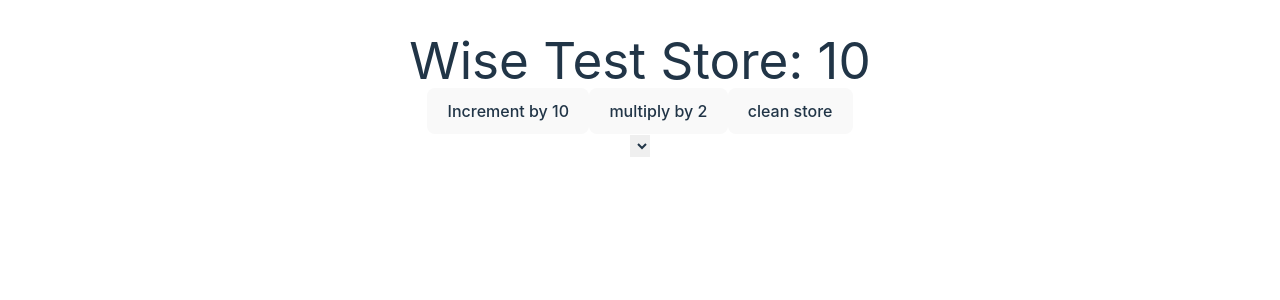
Repository: marianozamora/reactredux-wise
Page: /
These files come from the project's save history. The page is drawn as it stood at one moment and after the next save; the edit follows.
The browser window is 1280 px wide. The pictures show the whole page.
The page's requests for data from a server got no answer. The project was rebuilt for these pictures with package versions that can differ from the ones it lists, and the page was loaded fresh each time. No one was signed in, and anything a server would have sent is missing. Also part of the build but not shown: vite.config.ts.

Above is the page before, as saved 2023-04-08 01:46:50.

### src/App.tsx
import React from "react";
import "./App.css";
import { useEffect } from "react";
import shallow from "zustand/shallow";
import { useCounterStore } from "./store/counterStore";


function App() {
  const { count, title, products } = useCounterStore(
    (state) => ({
      count: state.count,
      title: state.title,
      products: state.products,
    }),
    shallow
  );
  const { increment, getProducts, cleanStore, multiply } = useCounterStore();

  useEffect(() => {
    getProducts();
  }, []);

  return (
    <div className="md:container md:mx-auto ">
      <h1>
        {title}: {count}
      </h1>

      <div>
        <button
          onClick={() => {
            increment(10);
          }}
        >
          Increment by 10
        </button>

        <button onClick={() => multiply(2)}>multiply by 2</button>

        <button onClick={() => cleanStore()}>clean store</button>
      </div>

      <form>
        <select>

        </select>
      </form>

      <div className="flex justify-center flex-wrap flex-row  ">
      {
        products.map((product) => (


          <div key={product.id} className="max-w-sm bg-white border border-gray-200 rounded-lg shadow dark:bg-gray-800 dark:border-gray-700  m-2 w-full xl:w-[30%] lg:w-[48%]">
            <div
              className="bg-indigo-300 rounded-t-lg ">
              <img className="rounded-t-lg object-cover h-48 w-96 " src={product.image} alt="" />
            </div>
              <div className="p-3">
                  <a href="#">
                    <h5 className="mb-2 text-2xl font-bold tracking-tight text-gray-900 dark:text-white">{ product.title }</h5>
                  </a>
              {/* <p className="mb-3 font-normal text-gray-700 dark:text-gray-400">{product.description}</p> */}

                  <a href="#" className="inline-flex items-center px-3 py-2 text-sm font-medium text-center text-white bg-green-500 rounded-lg hover:bg-green-600 focus:ring-green-300 dark:bg-green-400 dark:hover:bg-green-500 ">
                      Read more
                  </a>
              </div>
          </div>

        ))
      }

      </div>
    </div>
  );
}

export default App;

### src/index.css
@tailwind base;
@tailwind components;
@tailwind utilities;


:root {
  font-family: Inter, system-ui, Avenir, Helvetica, Arial, sans-serif;
  line-height: 1.5;
  font-weight: 400;

  color-scheme: light dark;
  color: rgba(255, 255, 255, 0.87);
  background-color: #242424;

  font-synthesis: none;
  text-rendering: optimizeLegibility;
  -webkit-font-smoothing: antialiased;
  -moz-osx-font-smoothing: grayscale;
  -webkit-text-size-adjust: 100%;
}

/* a {
  font-weight: 500;
  color: #646cff;
  text-decoration: inherit;
}
a:hover {
  color: #535bf2;
} */

body {
  margin: 0;
  display: flex;
  place-items: center;
  /* min-width: 320px;
  min-height: 100vh; */
}

h1 {
  font-size: 3.2em;
  line-height: 1.1;
}

button {
  border-radius: 8px;
  border: 1px solid transparent;
  padding: 0.6em 1.2em;
  font-size: 1em;
  font-weight: 500;
  font-family: inherit;
  background-color: #1a1a1a;
  cursor: pointer;
  transition: border-color 0.25s;
}
/* button:hover {
  border-color: #646cff;
}
button:focus,
button:focus-visible {
  outline: 4px auto -webkit-focus-ring-color;
} */

@media (prefers-color-scheme: light) {
  :root {
    color: #213547;
    background-color: #ffffff;
  }
  a:hover {
    color: white;
  }
  button {
    background-color: #f9f9f9;
  }
}

### src/App.css

#root {
  max-width: 1280px;
  margin: 0 auto;
  padding: 2rem;
  text-align: center  ;
}

/* .logo {
  height: 6em;
  padding: 1.5em;
  will-change: filter;
  transition: filter 300ms;
} */
/* .logo:hover {
  filter: drop-shadow(0 0 2em #646cffaa);
}
.logo.react:hover {
  filter: drop-shadow(0 0 2em #61dafbaa);
} */

@keyframes logo-spin {
  from {
    transform: rotate(0deg);
  }
  to {
    transform: rotate(360deg);
  }
}

@media (prefers-reduced-motion: no-preference) {
  a:nth-of-type(2) .logo {
    animation: logo-spin infinite 20s linear;
  }
}

.card {
  padding: 2em;
}

.read-the-docs {
  color: #888;
}

### src/store/counterStore.ts
import create from "zustand";

export interface Product {
    id: number;
    title: string;
    body: string;
    price: number;
    category: string;
    description: string;
    image: string;
    rating: {
        rate: number;
        count: number;
    };
}

interface CounterState {
  count: number;
  title: string;
  products: Product[];
  increment: (value: number) => void;
  getProducts: () => Promise<void>;
  cleanStore: () => void;
  multiply: (value: number) => void;
}

export const useCounterStore = create<CounterState>((set, get) => ({
  title: "Wise Test Store",
  count: 10,
  products: [],
  increment: (value: number) =>
    set((state) => ({ ...state, count: state.count + value })),
  getProducts: async () => {
    const products = await (
      await fetch("https://fakestoreapi.com/products")
    ).json();
    set((state) => ({ ...state, products }));
  },
  cleanStore: () => set({}, true),
  multiply: (value: number) => {
    // const count = get().count
    const { count } = get();
    set({ count: count * value });
  },
}));

Loaded but not shown: index.html (common file); src/main.tsx (common file); tailwind.config.js (common file)

After the next save:
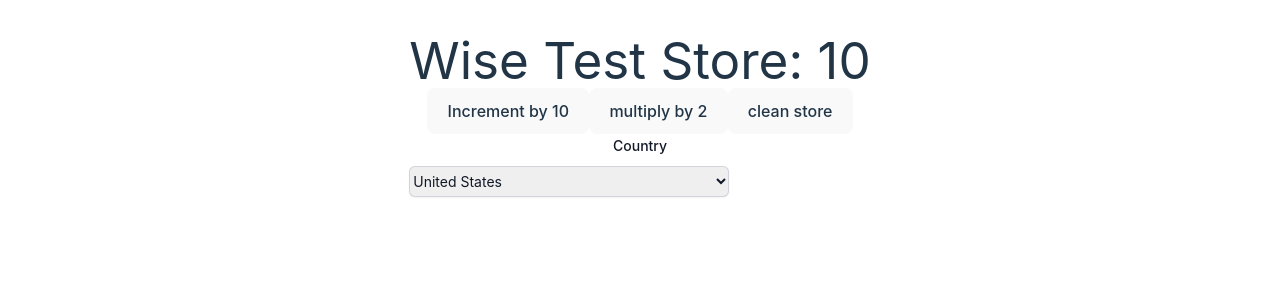
Saved 78 s later.
--- a/src/App.tsx
+++ b/src/App.tsx
@@ -41,9 +41,16 @@ function App() {
       </div>
 
       <form>
-        <select>
-
-        </select>
+        <div class="sm:col-span-3">
+            <label for="country" class="block text-sm font-medium leading-6 text-gray-900">Country</label>
+            <div class="mt-2">
+              <select id="country" name="country" autocomplete="country-name" class="block w-full rounded-md border-0 py-1.5 text-gray-900 shadow-sm ring-1 ring-inset ring-gray-300 focus:ring-2 focus:ring-inset focus:ring-indigo-600 sm:max-w-xs sm:text-sm sm:leading-6">
+                <option>United States</option>
+                <option>Canada</option>
+                <option>Mexico</option>
+              </select>
+            </div>
+          </div>
       </form>
 
       <div className="flex justify-center flex-wrap flex-row  ">
